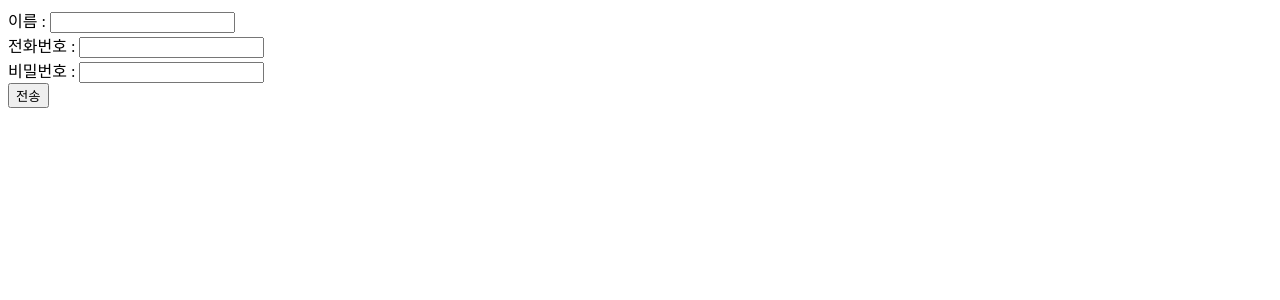
Repository: sungeunbyeol/Nowon-ezen-jsp
Page: test/WebContent/test10.html
These files come from the project's save history. The page is drawn as it stood at one moment and after the next save; the edit follows.
The browser window is 1280 px wide. The pictures show the whole page.

Above is the page before, as saved 2021-11-02 05:27:35.

### test/WebContent/test10.html
<!DOCTYPE html>
<html>
<head>
<meta charset="EUC-KR">
<title>Insert title here</title>
</head>
<body>
	<form name="f" action="" method="post">
		이름 : <input type="text" name="name"><br>
		전화번호 : <input type="text" name="tel"><br>
		비밀번호 : <input type="password" name="pwd"><br>
		<input type="submit" value="전송">
	</form>
</body>
</html>

After the next save:
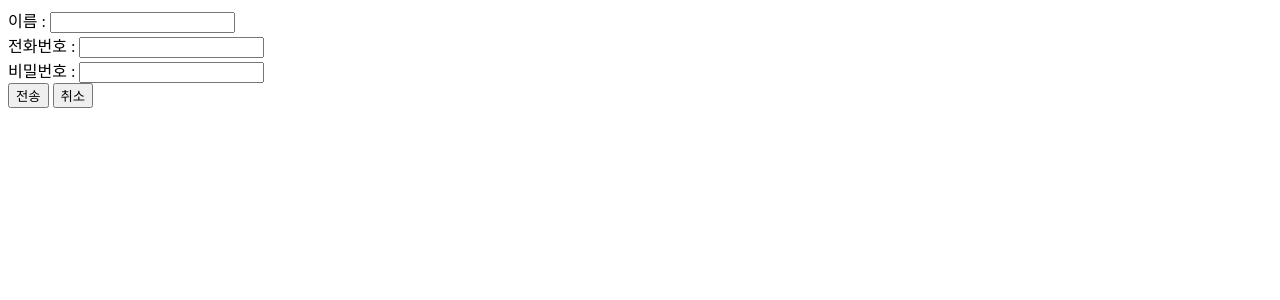
Saved 2 min 25 s later.
--- a/test/WebContent/test10.html
+++ b/test/WebContent/test10.html
@@ -10,6 +10,7 @@
 		전화번호 : <input type="text" name="tel"><br>
 		비밀번호 : <input type="password" name="pwd"><br>
 		<input type="submit" value="전송">
+		<input type="reset" value="취소">
 	</form>
 </body>
 </html>
